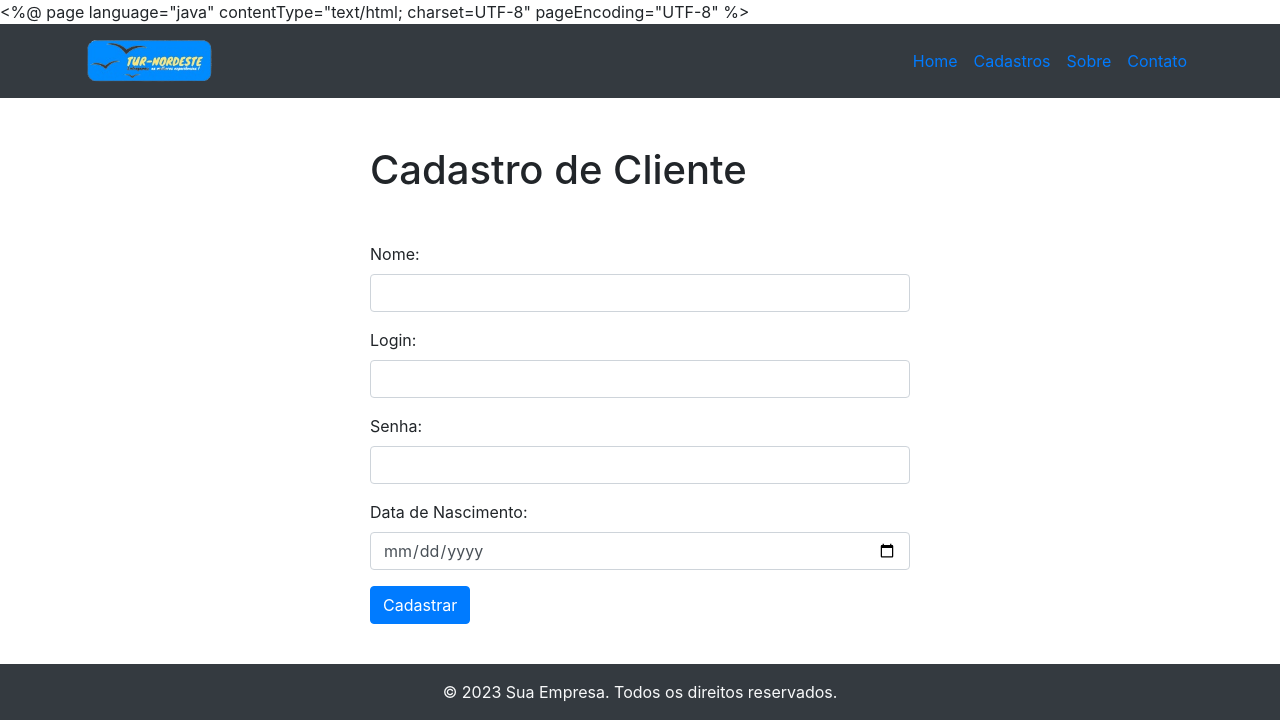
Repository: Vanessa2568/Atividade_Modulo4
Page: TurNE_crud/src/main/webapp/index.html
An editor plug-in stored every save of this project. The page is shown before and after the next save, followed by the edit.
The browser window is 1280 px wide. The pictures show the whole page.
Some web libraries are served in a nearby version.

Above is the page before, as saved 2023-11-07 18:30:40.

After the next save:
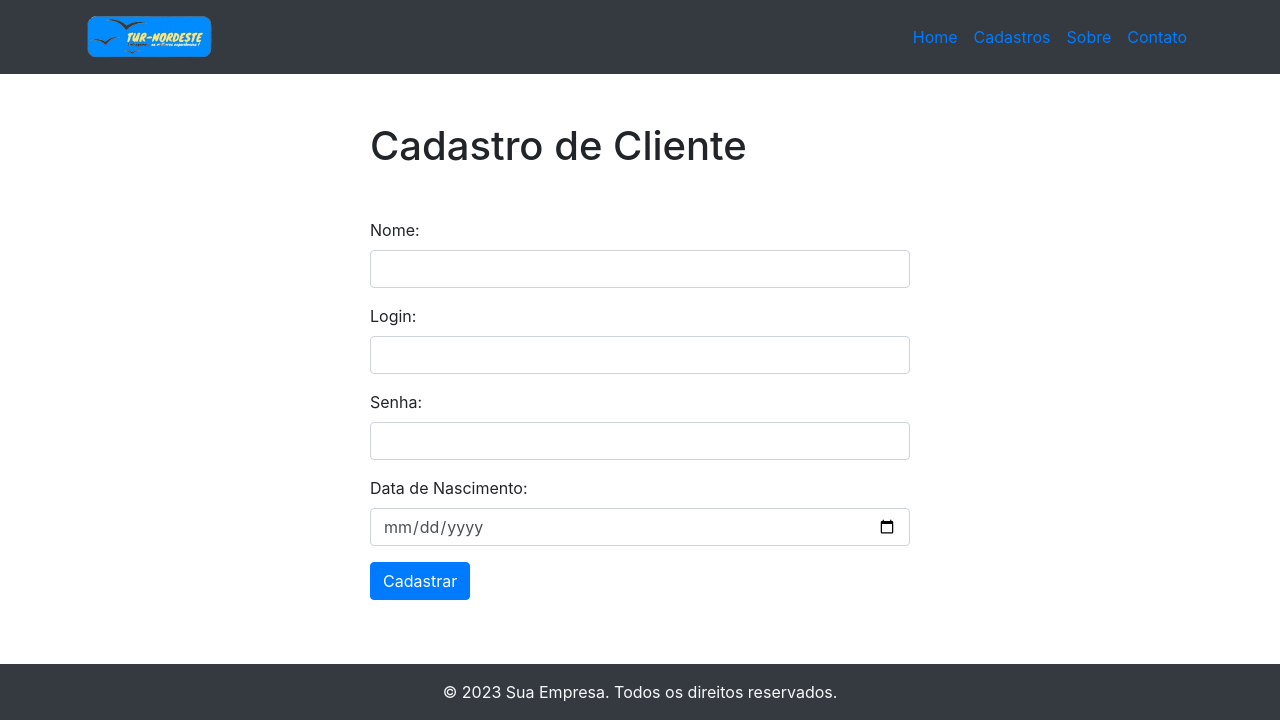
Saved 85 s later.
--- a/TurNE_crud/src/main/webapp/index.html
+++ b/TurNE_crud/src/main/webapp/index.html
@@ -1,4 +1,4 @@
-<%@ page language="java" contentType="text/html; charset=UTF-8" pageEncoding="UTF-8" %>
+
     <!DOCTYPE html>
     <html>
 
